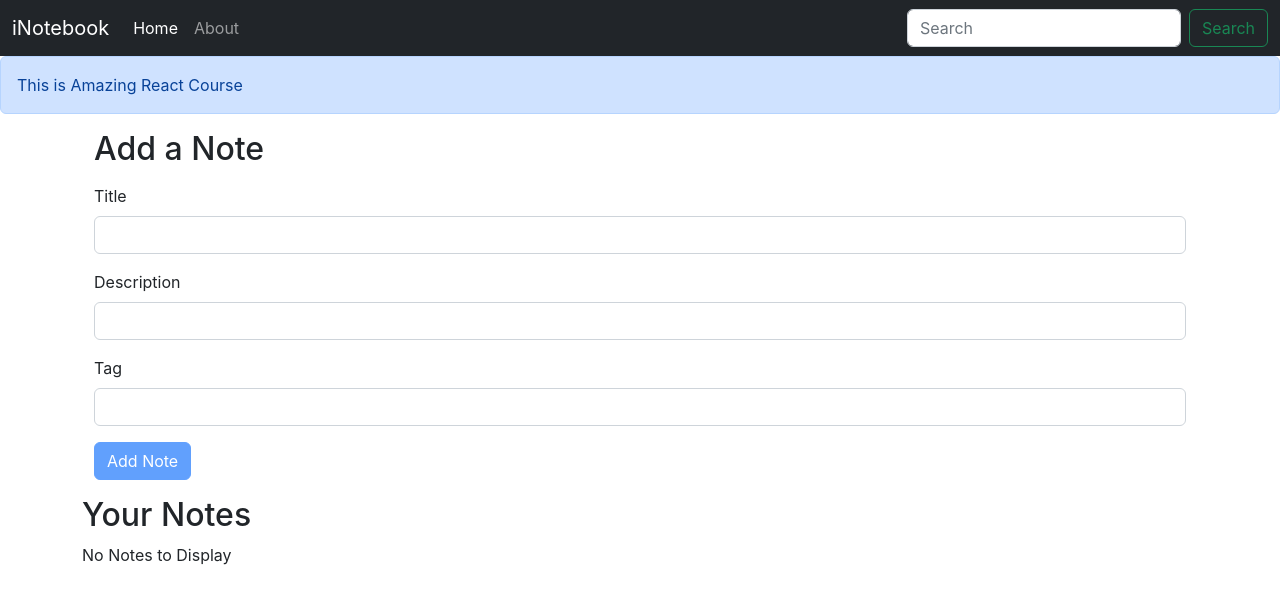
Repository: SatishPatil108/iNotebook-React
Page: /
The author's editor kept a copy of each file at every save. The page is drawn from the files as they stood at one save, then again after the next save.
The browser window is 1280 px wide. The pictures show the whole page.
The page's requests for data from a server got no answer. Some web libraries are served in a nearby version. The project was rebuilt for these pictures with package versions that can differ from the ones it lists, and the page was loaded fresh each time. No one was signed in, and anything a server would have sent is missing. Also part of the build but not shown: src/App.css, src/components/Noteitem.js, src/components/About.js.

Above is the page before, as saved 2022-07-28 22:53:28.

After the next save:
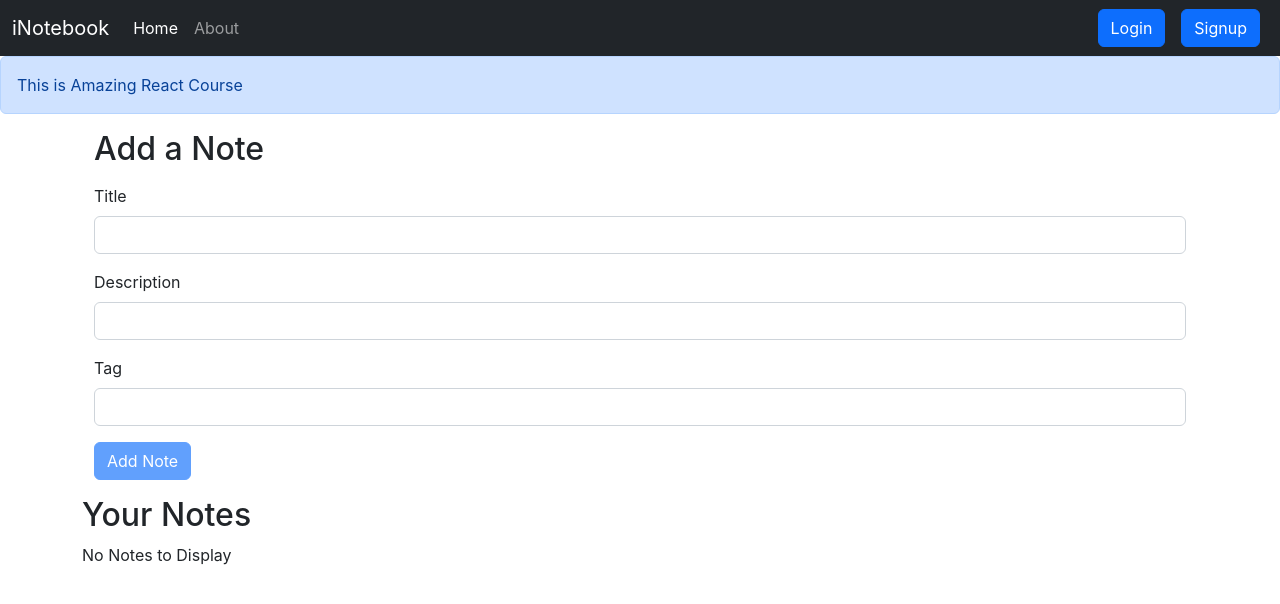
Saved 4 days later.
--- a/src/components/Navbar.js
+++ b/src/components/Navbar.js
@@ -22,9 +22,9 @@ const Navbar = () => {
                                 <Link className={`nav-link ${location.pathname === "/about" ? "active" : ""}`} to="/about">About</Link>
                             </li>
                         </ul>
-                        <form className="d-flex" role="search">
-                            <input className="form-control me-2" type="search" placeholder="Search" aria-label="Search" />
-                            <button className="btn btn-outline-success" type="submit">Search</button>
+                        <form className="d-flex">
+                            <a class="btn btn-primary mx-2" role="button">Login</a>
+                            <a class="btn btn-primary mx-2" role="button">Signup</a>
                         </form>
                     </div>
                 </div>
